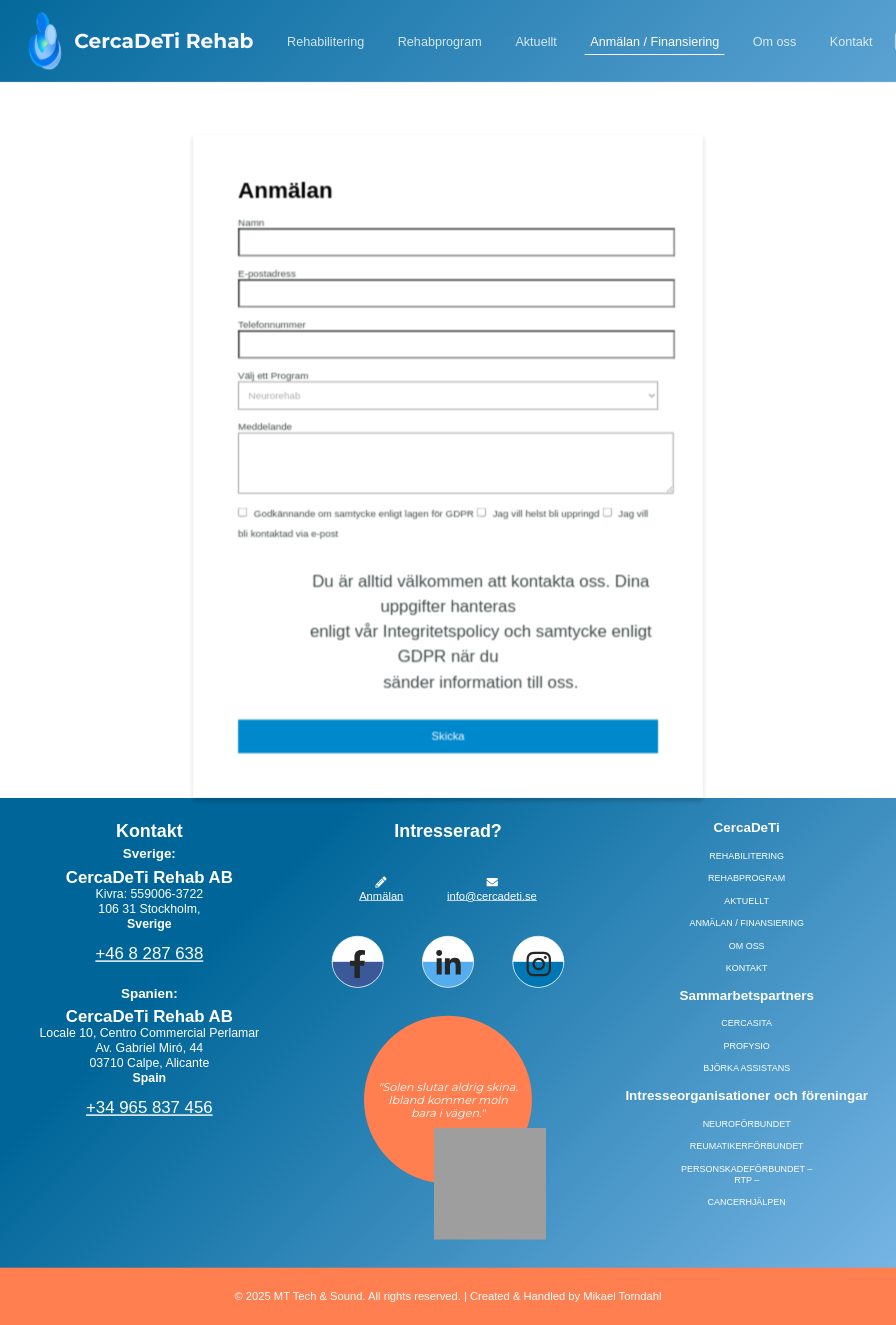
Repository: micketorndahl/CercaDeTi-rehab
Page: anmalan-form.html
The author's editor kept a copy of each file at every save. The page is drawn from the files as they stood at one save, then again after a run of saves.
The browser window is 1280 px wide. The pictures show the whole page, at 70% of full size.
Pictures or frames that could not be fetched are drawn as grey boxes. The page's requests for data from a server got no answer. Some web fonts or font styles are not loaded; a fallback is used. Some web libraries are served in a nearby version.

Above is the page before, as saved 2025-02-01 18:50:24.
Console error: TypeError: Cannot read properties of null (reading 'addEventListener')

After the next 2 saves:
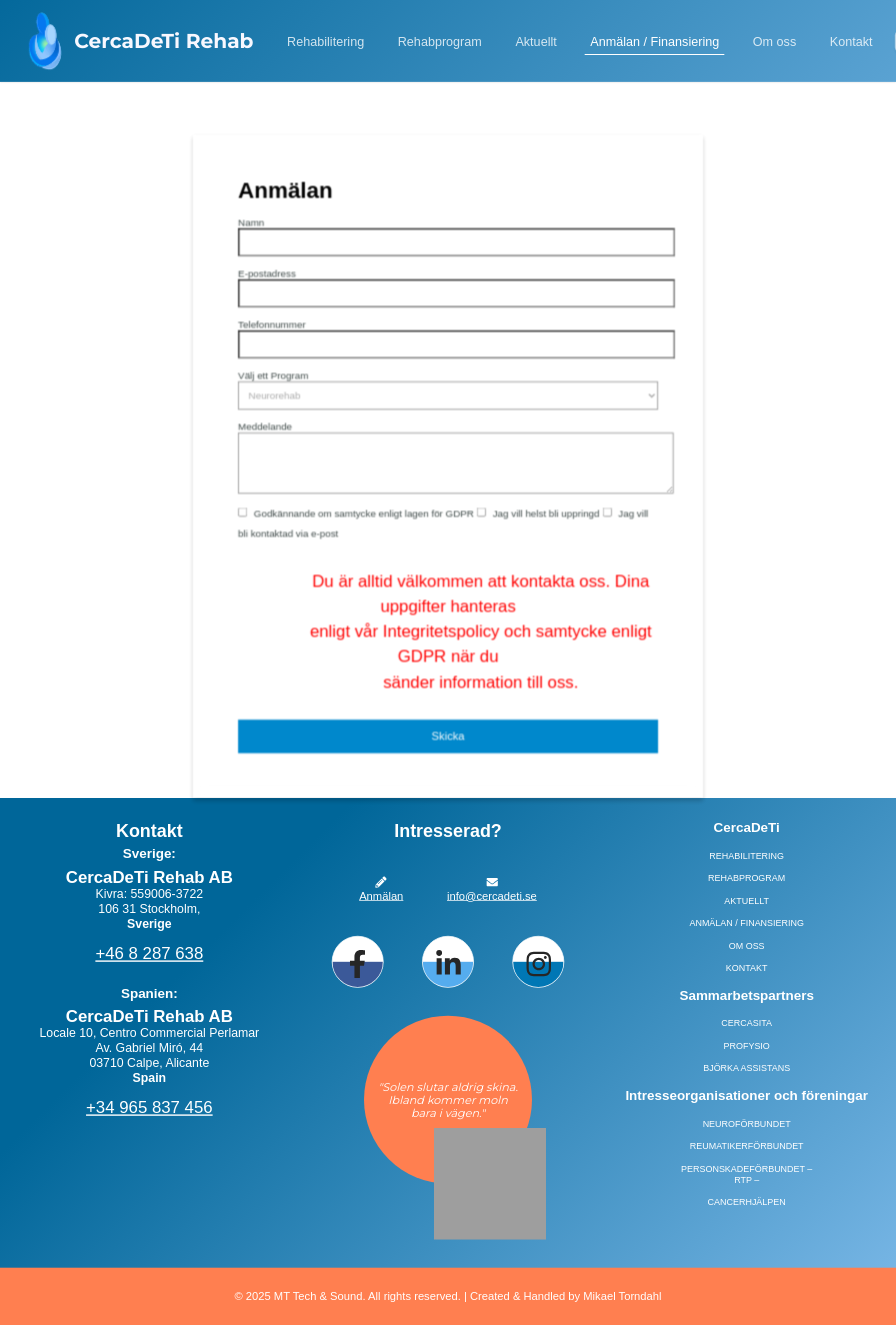
The 2 saves are shown as one change because they came seconds apart.
The last was saved 8 s later.
--- a/css/layout.css
+++ b/css/layout.css
@@ -339,8 +339,8 @@
   margin-bottom: 5px;
 }
 
-p .info-text {
-  color: var(--darkgray);
+.info-text {
+  color: red;
   font-size: 3rem;
 
 }
